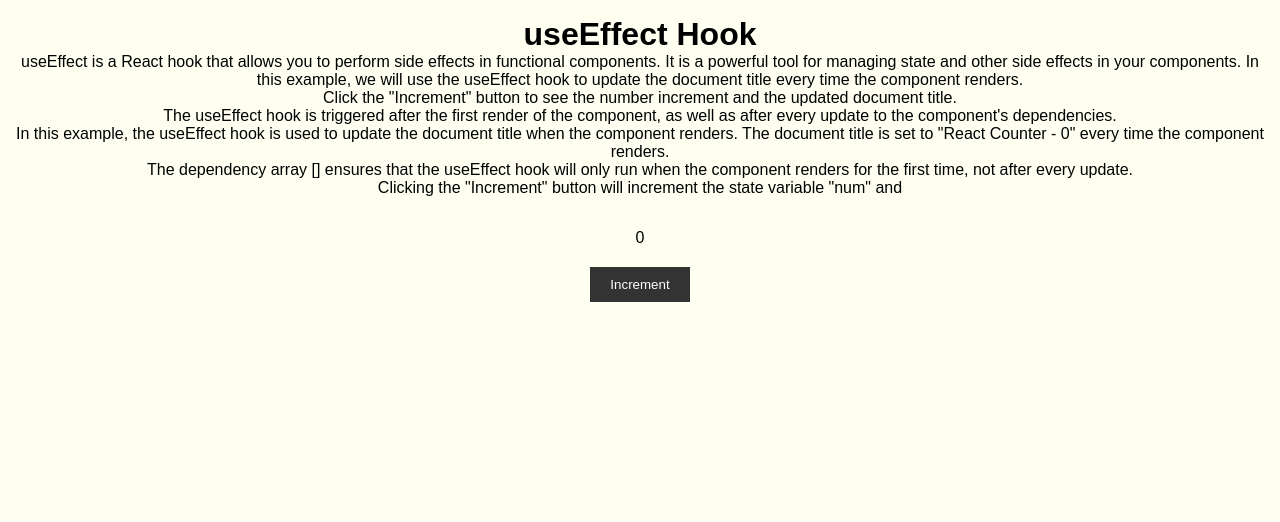
Repository: Muskan1Kumari4draw/React-app-with-concept
Page: /
The author's editor kept a copy of each file at every save. The page is drawn from the files as they stood at one save, then again after a run of saves.
The browser window is 1280 px wide. The pictures show the whole page.
Pictures or frames that could not be fetched are drawn as grey boxes. The project was rebuilt for these pictures with package versions that can differ from the ones it lists, and the page was loaded fresh each time.

Above is the page before, as saved 2024-10-02 11:44:55.

### src/App.js
import React from "react";
// import Restaurant from "./component/Basic/Restaurant";

// import UseState from "./component/Hooke/useState";
import UseEffect from "./component/Hooke/UseEffect";
// import Restaurant from "./component/Basic/Restaurant";
// import Navbar from "./component/Basic/Navbar";
const App = () => {
  return (
    <>
      {/* <Restaurant /> */}
      {/* <UseState className="Use" /> */}
      <UseEffect className="Use" />
    </>
  );
};

export default App;

### src/component/Hooke/UseEffect.js
import React, { useState, useEffect } from "react";
import "../Basic/style.css";
const UseEffect = () => {
  const [num, setNum] = useState(0);
  // useEffect(() => {
  //   console.log("Hii");
  // });
  useEffect(() => {
    document.title = `Chats(${num})`;
  });

  return (
    <>
      <div className="container">
        <div className="para">
          <h1>useEffect Hook</h1>
          <p>
            useEffect is a React hook that allows you to perform side effects in
            functional components. It is a powerful tool for managing state and
            other side effects in your components. In this example, we will use
            the useEffect hook to update the document title every time the
            component renders.
            <br />
            Click the "Increment" button to see the number increment and the
            updated document title.
            <br />
            The useEffect hook is triggered after the first render of the
            component, as well as after every update to the component's
            dependencies.
            <br />
            In this example, the useEffect hook is used to update the document
            title when the component renders. The document title is set to
            "React Counter - {num}" every time the component renders.
            <br />
            The dependency array [] ensures that the useEffect hook will only
            run when the component renders for the first time, not after every
            update.
            <br />
            Clicking the "Increment" button will increment the state variable
            "num" and
          </p>
        </div>
        <div className="container"></div>
        <p>{num}</p>
        <div className="code">
          <button className="btn" onClick={() => setNum(num + 1)}>
            Increment
          </button>
        </div>
      </div>
    </>
  );
};

export default UseEffect;

### src/component/Basic/style.css
* {
  margin: 0;
  padding: 0;
  box-sizing: border-box;
}

body {
  /* background: rgb(255, 255, 241); */
  font-family: Arial, sans-serif;
}

/* Navbar Styling */
.navbar {
  margin: auto;
  /* background: #fff; */
  height: 50px;
  box-shadow: 0 4px 8px 0 rgba(0, 0, 0, 0.2);
  display: flex;
  justify-content: center;
  align-items: center;
}

.menu-nav {
  display: flex;
  justify-content: center;
}
.menu-nav button:hover {
  border: 2px solid rgba(0, 0, 0, 0.2);
}
.container .city {
  color: rgb(49, 22, 22);
  font-size: 18px;
}
.navbar button {
  color: #333;
  border: none;
  background: white;
  text-align: center;
  padding: 14px 16px;
  text-decoration: none;
  font-size: 17px;
  margin: auto;
}

/* Card Styling */
.card {
  box-shadow: 0 4px 8px 0 rgba(0, 0, 0, 0.2);
  transition: 0.3s;
  width: 400px;
  height: 400px;
  margin: 20px;
}

.card:hover {
  box-shadow: 0 8px 16px 0 rgba(0, 0, 0, 0.2);
}

.container {
  padding: 16px;
}

.container img {
  width: 100%;
  height: auto;
  display: block;
}

.section-div {
  display: flex;
  flex-wrap: wrap;
  justify-content: center;
  background: rgb(255, 255, 241);
  align-items: center;
}

/* Responsive Media Queries */
@media screen and (max-width: 768px) {
  /* Stack the navbar links vertically on small screens */
  .navbar {
    flex-direction: column;
    height: auto;
  }

  .menu-nav {
    flex-direction: column;
  }

  .navbar button {
    padding: 10px;

    font-size: 15px;
    margin: 5px 0;
  }
  .menu-nav {
    display: flex;
    gap: 2;
  }
  .menu-nav button {
    background-color: yellow;
    color: #333;
    border: none;
    margin: 5px;
  }
  /* Adjust card layout on small screens */
  .card {
    width: 90%;
    margin: 10px;
  }

  /* Adjust font size and padding */
  .container {
    padding: 10px;
  }
}

@media screen and (max-width: 480px) {
  /* Further adjustments for very small screens */
  .navbar a {
    font-size: 14px;
    padding: 8px;
  }

  .card {
    width: 100%;
    margin: 10px;
  }

  .container h4 {
    font-size: 18px;
  }

  .container p {
    font-size: 14px;
  }
}
* {
  margin: 0;
  padding: 0;
  box-sizing: border-box;
}

body {
  background: rgb(255, 255, 241);
  font-family: Arial, sans-serif;
}

/* Navbar Styling */
.navbar {
  margin: auto;
  background: #fff;
  height: 50px;
  box-shadow: 0 4px 8px 0 rgba(0, 0, 0, 0.2);
  display: flex;
  justify-content: center;
  align-items: center;
}

.menu-nav {
  display: flex;
  justify-content: center;
}

.navbar a {
  color: #333;
  text-align: center;
  padding: 14px 16px;
  text-decoration: none;
  font-size: 17px;
  margin: auto;
}

/* Card Styling */
.card {
  box-shadow: 0 4px 8px 0 rgba(0, 0, 0, 0.2);
  transition: 0.3s;
  width: 350px;
  height: auto;
  margin: 20px;
}

.card:hover {
  box-shadow: 0 8px 16px 0 rgba(0, 0, 0, 0.2);
}

.container {
  padding: 16px;
}

.container img {
  margin: auto;
  width: 250px;
  margin-top: 30px;
  height: 200px;
  display: block;
}

.section-div {
  display: flex;
  flex-wrap: wrap;
  justify-content: center;
  align-items: center;
}

/* Responsive Media Queries */
@media screen and (max-width: 768px) {
  /* Stack the navbar links vertically on small screens */
  .navbar {
    flex-direction: column;
    height: auto;
  }

  .menu-nav {
    flex-direction: column;
  }

  .navbar a {
    padding: 10px;
    font-size: 15px;
    margin: 5px 0;
  }

  /* Adjust card layout on small screens */
  .card {
    width: 90%;
    margin: 10px;
  }

  /* Adjust font size and padding */
  .container {
    padding: 10px;
  }
}

@media screen and (max-width: 480px) {
  /* Further adjustments for very small screens */
  .navbar a {
    font-size: 14px;
    padding: 8px;
  }

  .card {
    width: 100%;
    margin: 10px;
  }

  .container h4 {
    font-size: 18px;
  }

  .container p {
    font-size: 14px;
  }
}
/* hooke */
.btn {
  background-color: #333;
  color: #fff;
  border: #333;
  padding: 10px 20px;
  margin: 20px;
}
.container {
  align-items: center;
  text-align: center;
  justify-content: center;
}
.code {
  margin: auto;
}

### src/component/Basic/Restaurant.js
import React, { useState } from "react";
import "./style.css";
import Monument from "./Monument";
import data from "./restaurant.json";
import Navbar from "./Navbar";

// const uniqueList = data.map((curElement) => {
//   return curElement.city;
// });
// console.log(uniqueList); //to check the city

// convert into set
// const uniqueList = new Set(
//   data.map((curElement) => {
//     return curElement.city;
//   })
// );
// console.log(uniqueList);

// convert it into array
// const uniqueList = [
//   new Set(
//     data.map((curElement) => {
//       return curElement.city;
//     })
//   ),
// ];
// console.log(uniqueList);
//Use of spread operator
const uniqueList = [
  ...new Set(
    data.map((curElement) => {
      return curElement.city;
    })
  ),
  "All",
];
console.log(uniqueList);

const Restaurant = () => {
  const [monuData, setMonuData] = useState(data);
  const [monuCity, setMonuCity] = useState(uniqueList);

  // console.log(data);
  const filterItem = (city) => {
    if (city === "All") {
      setMonuData(data);
      return;
    }
    const updateList = data.filter((curElement) => {
      return curElement.city === city;
    });
    setMonuData(updateList);
  };
  return (
    <>
      <Navbar filterItem={filterItem} monuCity={monuCity} />

      <Monument monuData={monuData} />
    </>
  );
};

export default Restaurant;

### src/component/Basic/Monument.js
import React from "react";

const Monument = ({ monuData }) => {
  return (
    <>
      <section className="section-div">
        {monuData.map((curElement) => {
          // destructuring
          const { Id, city, Monuments, Description, Image } = curElement;
          return (
            <div className="card" key={Id}>
              <div className="container">
                <span className="card-title">
                  <b>{Monuments}</b>
                </span>
                <div classname="city">{city}</div>
                <p className="description">{Description}</p>
                <img alt="" src={Image} width="100%" height="50%" />
              </div>
            </div>
          );
        })}
      </section>
    </>
  );
};

export default Monument;

### src/component/Basic/restaurant.json
[
  {
    "Id": 1,
    "city": "Mumbai",
    "Monuments": "Gateway of India",
    "Description": "The Gateway of India is a 26-meter (85-foot) tall arch monument in Mumbai, India that was built to commemorate the visit of King George V and Queen Mary in 1911",
    "Image": "/Image/red fort.jpeg"
  },

  {
    "Id": 2,
    "city": "Delhi",
    "Monuments": "Red Fort",
    "Description": "Red Fort Known for its architectural splendor, it is primarily constructed from red sandstone and marble, hence its name. The fort's construction began in 1639 and took nearly a decade. Originally known as 'Qila-i-Mubarak', it was later renamed Red Fort.",
    "Image": "/Image/gateway of india.jpeg"
  },

  {
    "Id": 3,
    "city": "Nalanda",
    "Monuments": "Nanlanda University",
    "Description": "The Nalanda Mahavihara site is in the State of Bihar, in north-eastern India. It comprises the archaeological remains of a monastic and scholastic institution dating from the 3rd century BCE to the 13th century CE. .",
    "Image": "/Image/NAlanda.jpeg"
  }
]

### src/component/Basic/Navbar.js
import React from "react";

const Navbar = ({ filterItem, monuCity }) => {
  return (
    <>
      <div className="navbar-bg">
        <nav className="navbar">
          <div className="menu-nav">
            {monuCity.map((curElement) => {
              return (
                <button onClick={() => filterItem(curElement)}>
                  {curElement}
                </button>
              );
            })}
          </div>
        </nav>
      </div>
    </>
  );
};

export default Navbar;

Loaded but not shown: public/index.html (common file); src/index.js (common file); src/reportWebVitals.js (common file)

After the next 2 saves:
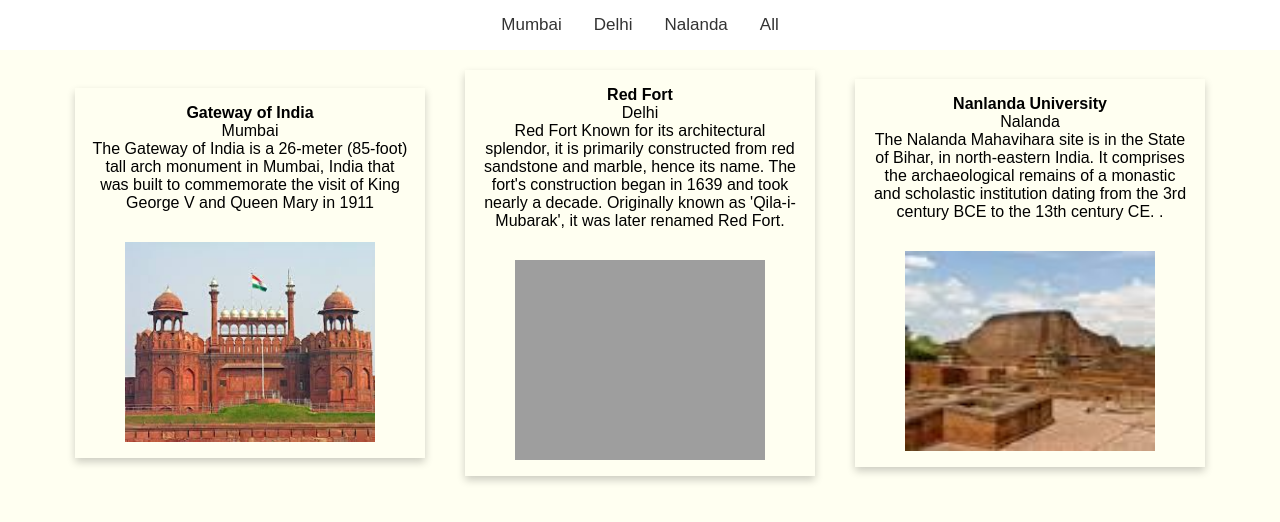
The 2 saves are shown as one change because 1 did not build or start.
The last was saved 21 h 41 min later.
--- a/src/App.js
+++ b/src/App.js
@@ -2,15 +2,15 @@ import React from "react";
 // import Restaurant from "./component/Basic/Restaurant";
 
 // import UseState from "./component/Hooke/useState";
-import UseEffect from "./component/Hooke/UseEffect";
-// import Restaurant from "./component/Basic/Restaurant";
+// import UseEffect from "./component/Hooke/UseEffect";
+import Restaurant from "./component/Basic/Restaurant";
 // import Navbar from "./component/Basic/Navbar";
 const App = () => {
   return (
     <>
-      {/* <Restaurant /> */}
+      <Restaurant />
       {/* <UseState className="Use" /> */}
-      <UseEffect className="Use" />
+      {/* <UseEffect className="Use" /> */}
     </>
   );
 };
